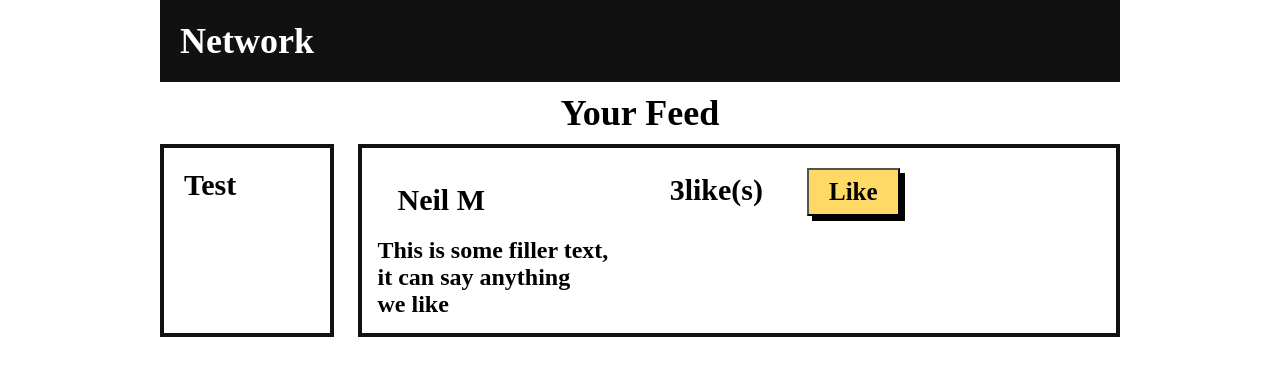
Repository: Blender20/liking_likes
Page: index.html
These files come from the project's save history. The page is drawn as it stood at one moment and after the next save; the edit follows.
The browser window is 1280 px wide. The pictures show the whole page.
Some web fonts or font styles are not loaded; a fallback is used.

Above is the page before, as saved 2022-03-29 22:54:16.

### index.html
<!DOCTYPE html>
<html lang="en">

<head>
  <meta charset="UTF-8">
  <meta http-equiv="X-UA-Compatible" content="IE=edge">
  <meta name="viewport" content="width=device-width, initial-scale=1.0">
  <link rel="stylesheet" href="style.css">
  <title>Document</title>
</head>

<body>
  <nav>
    <h1>Network</h1>
  </nav>
  <div class="feed">
    <h1>Your Feed</h1>
  </div>
  <div class="container flex">
    <div class="leftColumn">
      <h3>Test</h2>
    </div>
    <div class="stack">
      <div class="rightColumn flex ">

        <div class="user ">

          <h3>Neil M</h3>
          <h2>This is some filler text, it can say anything <br>we like</h2>

        </div>
        <div class="right">
          <h3 ><span id="likeCount">3</span> like(s)</h3>
          <button onclick="addLike()" id="like">Like</button>

        </div>
    </div>
    </div>
    </div>
  </div>
  <script src="script.js"></script>
</body>

</html>

### style.css
@import url('https://fonts.googleapis.com/css2?family=Balsamiq+Sans:ital,wght@0,400;0,700;1,700&display=swap');
  *{
  padding: 0;
  margin: 0;
  box-sizing: border-box;
  font-family: 'Balsamiq Sans', cursive;
}

.flex {
  display: flex;
  justify-content: space-between;
  align-self: center;
  gap:1.5em;
}
nav{
  min-height: 70px;
  background-color: #111;
  display: block;
  width: 75%;
  margin: 0 auto;

  color: #fff;
  font-family: "balsamiq Sans";
  padding: 10px
}
.container {
  margin: 0 auto;
  width: 75%
}

 .leftColumn{
  border: 4px solid #111;
  margin-top: 50px;

  flex:1;
  margin: 0 auto;
 }

.rightColumn {
  border: 4px solid #111;
  margin-top: 50px;
  /* width:550px; */
  /* flex:2; */
  margin: 0 auto;
}
.right {
  flex: 2;
  justify-self: space-between;
}
.user{
  padding: 15px ;
  flex:1;

  margin: auto 0;
}
h1 {

  font-size: 36px;
  padding: 10px;
}
.feed {
  text-align: center;
  justify-content: center;
}
h3 {
  padding: 20px;
  font-size: 30px;
  display:inline-flex


}
#like {
  background-color: #FFD966;
  padding: 8px 20px;
  margin: 20px;
  font-weight: 900;
  font-size: 25px;
  box-shadow: 5px 5px;
  align-self: end;
}

### script.js
var likeCount = document.querySelector('#likeCount')
console.log(likeCount)
function addLike() {

  likeCount.innerText++;

}

After the next save:
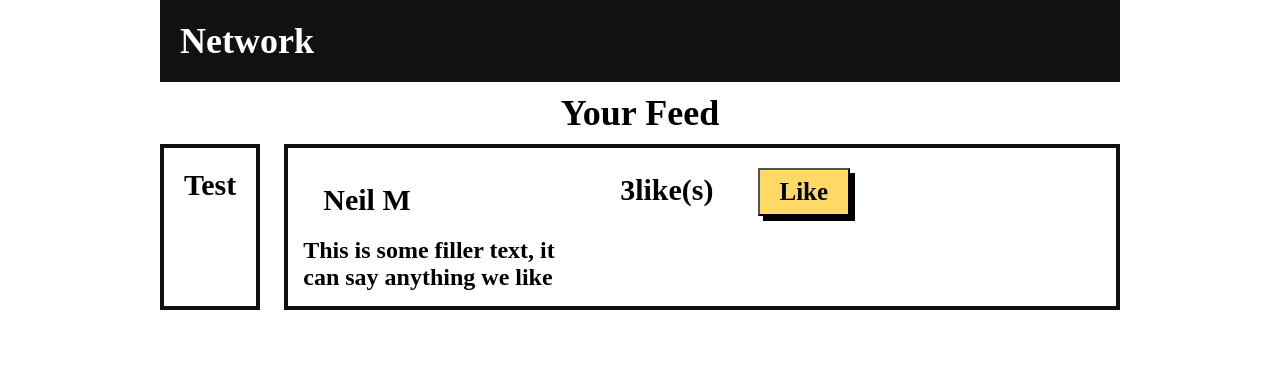
Saved 50 s later.
--- a/index.html
+++ b/index.html
@@ -26,7 +26,7 @@
         <div class="user ">
 
           <h3>Neil M</h3>
-          <h2>This is some filler text, it can say anything <br>we like</h2>
+          <h2>This is some filler text, it can say anything we like</h2>
 
         </div>
         <div class="right">
